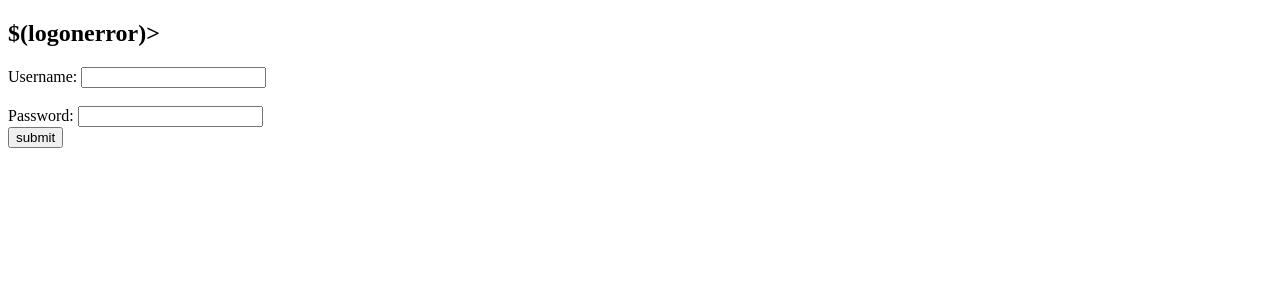
Repository: i-am-enlightened/Spring
Page: http://localhost/LoginSpringApp/login.jsp
The author's editor kept a copy of each file at every save. The page is drawn from the files as they stood at one save, then again after the next save.
The browser window is 1280 px wide. The pictures show the whole page.
The page is served by Tomcat 9. Other server files are loaded and not shown.

Above is the page before, as saved 2019-07-31 13:22:04.

### LoginSpringApp/WebContent/login.jsp
<%@ page language="java" contentType="text/html; charset=ISO-8859-1"
    pageEncoding="ISO-8859-1"%>
<!DOCTYPE html>
<html>
<head>
<meta charset="ISO-8859-1">
<title>Insert title here</title>
</head>
<body>
	<h2>$(logonerror)></h2>
	<form action="validate" method="post">
	Username: <input type="text" name="username"> <br> <br>
	Password: <input type="password" name="password"> <br>
	<input type="submit" value="submit">
	</form>
</body>
</html>

After the next save:
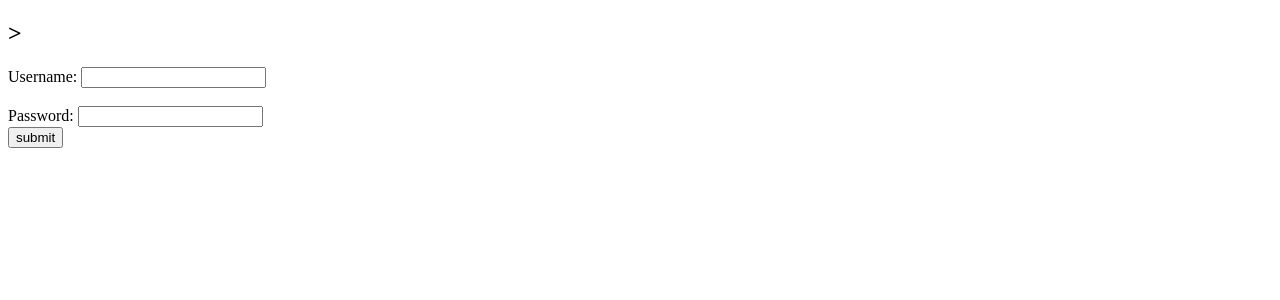
Saved 71 s later.
--- a/LoginSpringApp/WebContent/login.jsp
+++ b/LoginSpringApp/WebContent/login.jsp
@@ -7,7 +7,7 @@
 <title>Insert title here</title>
 </head>
 <body>
-	<h2>$(logonerror)></h2>
+	<h2>${logonerror}></h2>
 	<form action="validate" method="post">
 	Username: <input type="text" name="username"> <br> <br>
 	Password: <input type="password" name="password"> <br>
